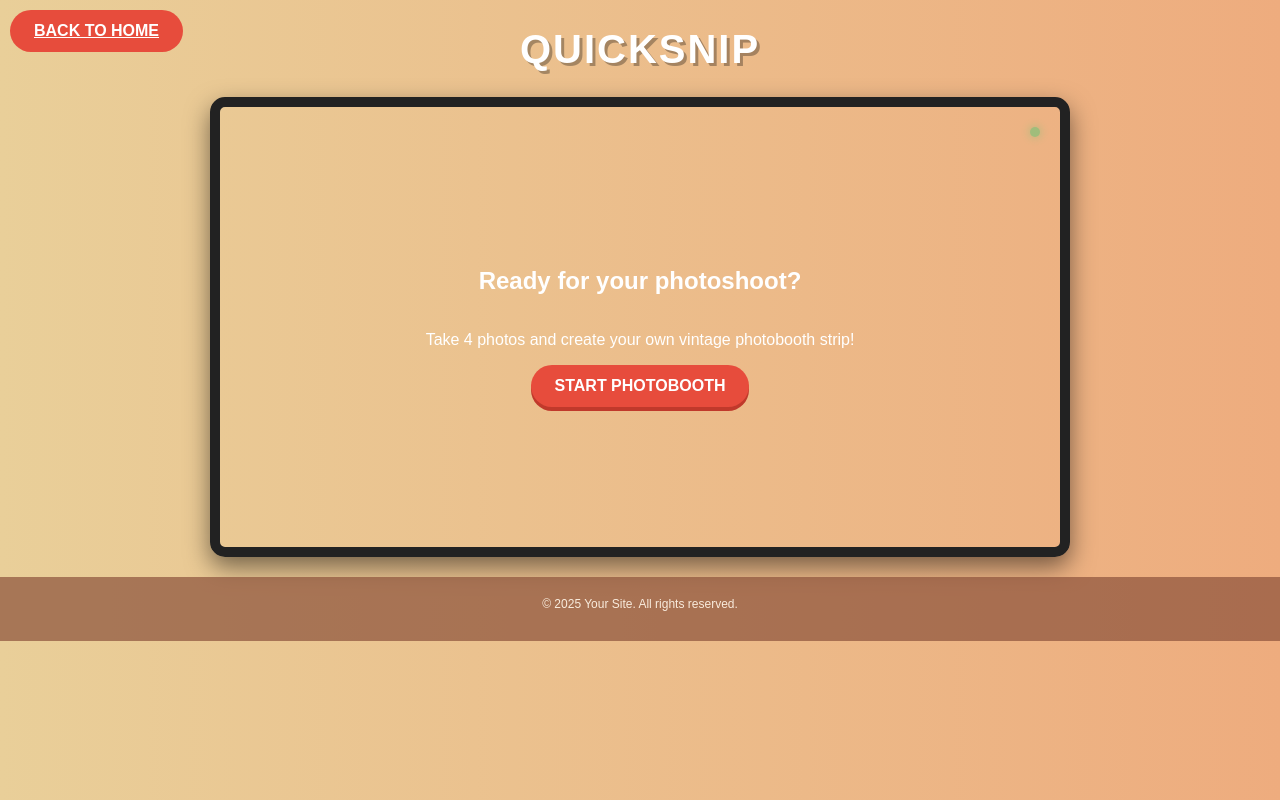
Repository: Strawb3rryjam/QuickSnip
Page: photobooth.html
The author's editor kept a copy of each file at every save. The page is drawn from the files as they stood at one save, then again after the next save.
The browser window is 1280 px wide. The pictures show the whole page.
Some web fonts or font styles are not loaded; a fallback is used.

Above is the page before, as saved 2025-05-09 11:57:58.

After the next save:
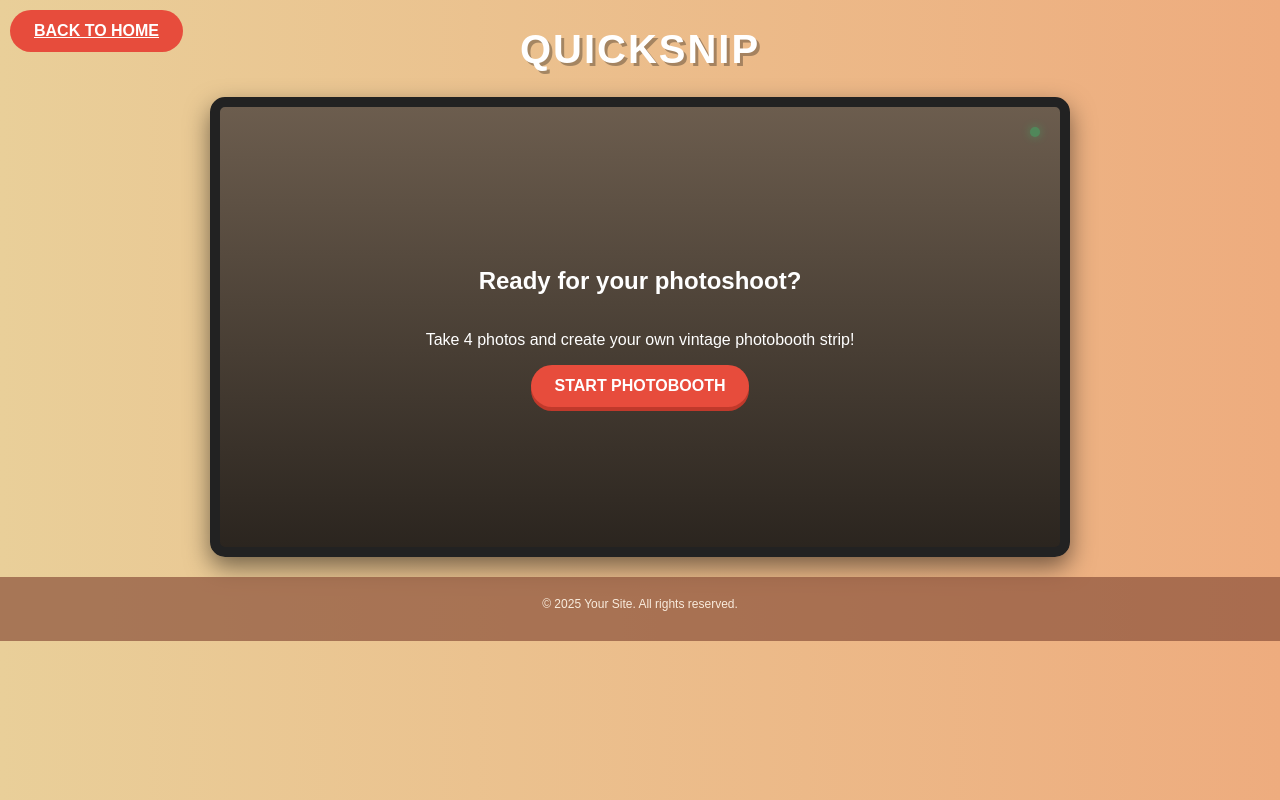
Saved 24 s later.
--- a/styles.css
+++ b/styles.css
@@ -95,7 +95,7 @@ h1 {
 .container {
   max-width: 800px;
   width: 95%;
-  background-image: linear-gradient(slideDown,#6C5D4E, #2b251f);
+  background-image: linear-gradient(to bottom,#6C5D4E, #2b251f);
   border-radius: 15px;
   padding: 20px;
   box-shadow: 0 10px 25px rgba(0, 0, 0, 0.5);
